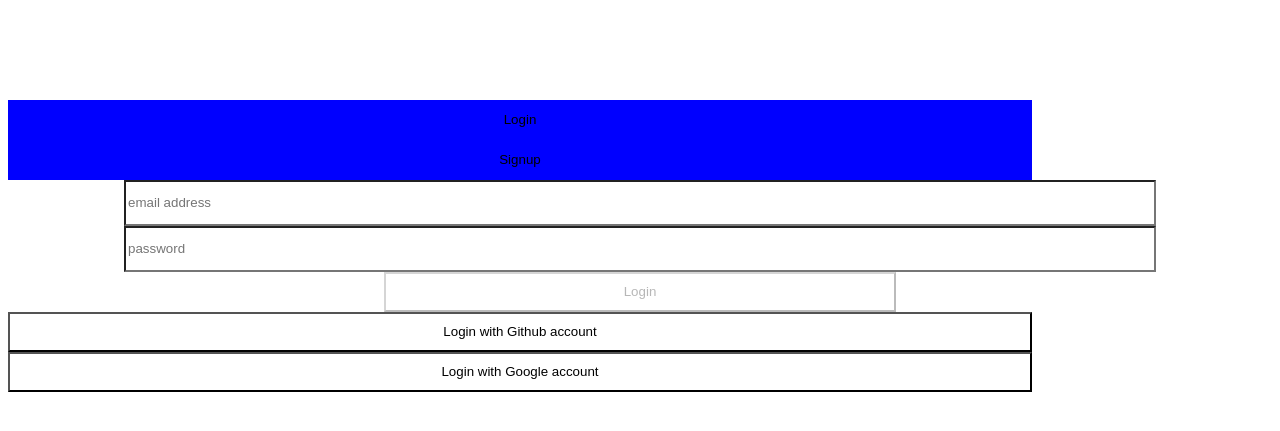
Repository: ValGrace/static-site-generator
Page: / (app in client-frontend/)
These files come from the project's save history. The page is drawn as it stood at one moment and after the next save; the edit follows.
The browser window is 1280 px wide. The pictures show the whole page.
The project was rebuilt for these pictures with package versions that can differ from the ones it lists, and the page was loaded fresh each time. Also part of the build but not shown: client-frontend/vite.config.js, client-frontend/src/Components/Signup.jsx, client-frontend/src/App.css.

Above is the page before, as saved 2023-02-04 12:48:53.

After the next save:
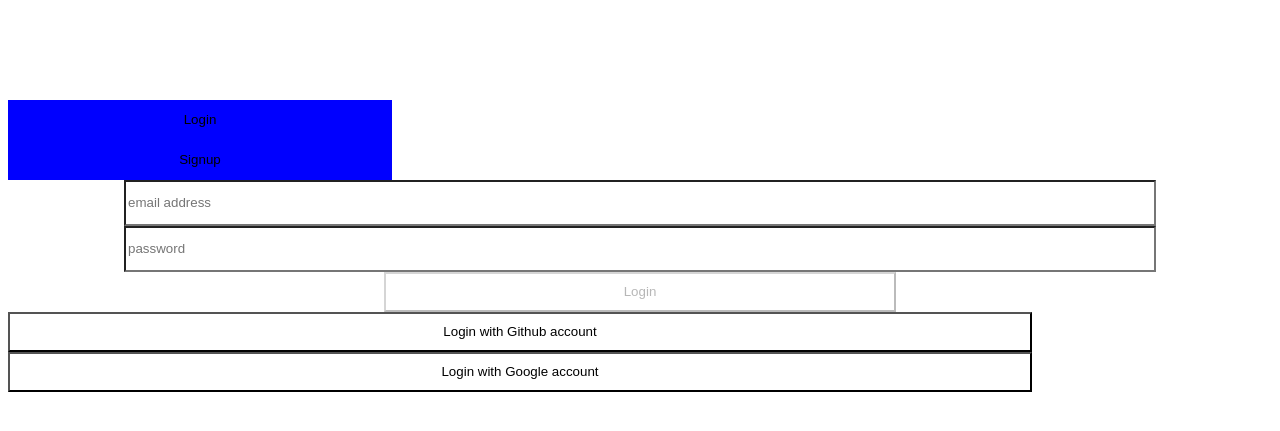
Saved 14 s later.
--- a/client-frontend/src/Components/Inputs.css
+++ b/client-frontend/src/Components/Inputs.css
@@ -22,4 +22,5 @@ input, button {
 .type-btn {
     background-color: blue;
     border: none;
+    width: 30vw;
 }
